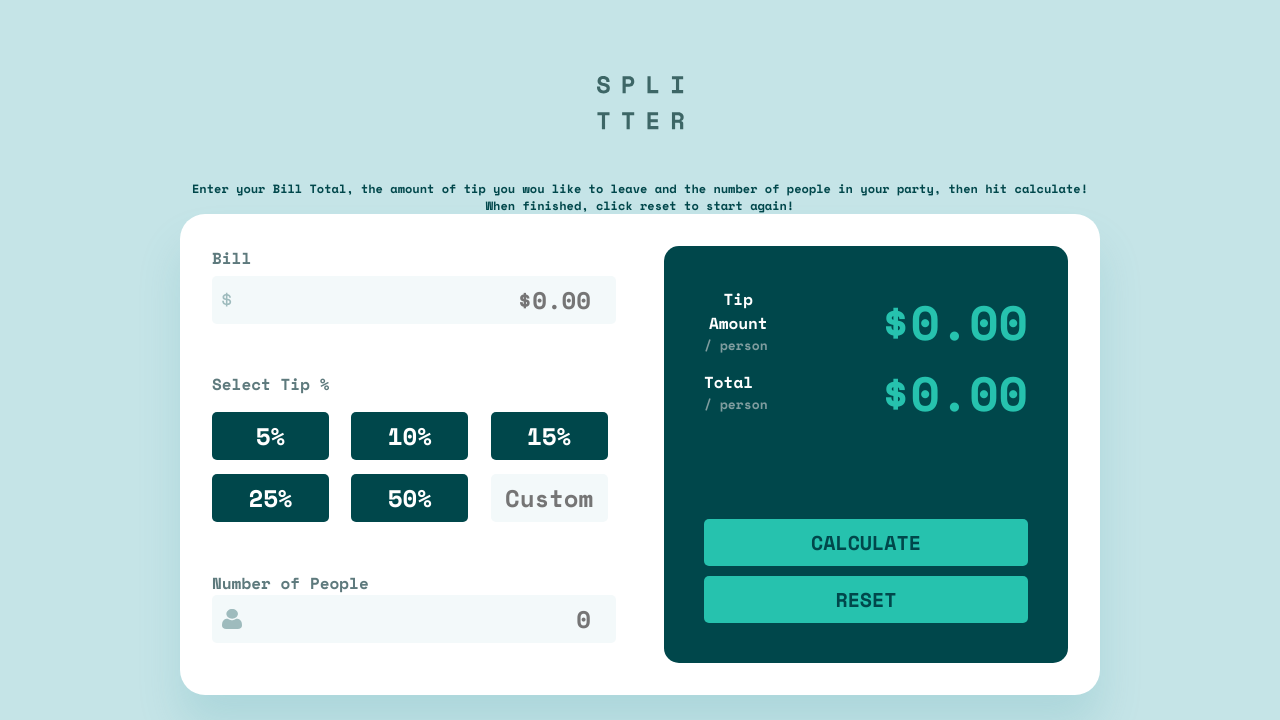
Repository: brandontaylor1/splitter
Page: index.html
An editor plug-in stored every save of this project. The page is shown before and after the next save, followed by the edit.
The browser window is 1280 px wide. The pictures show the whole page.

Above is the page before, as saved 2025-02-07 14:08:13.

### index.html
<!DOCTYPE html>
<html lang="en">
<head>
    <meta charset="UTF-8">
    <meta name="viewport" content="width=device-width, initial-scale=1.0">
    <link rel="preconnect" href="https://fonts.googleapis.com">
    <link rel="preconnect" href="https://fonts.gstatic.com" crossorigin>
    <link href="https://fonts.googleapis.com/css2?family=Space+Mono:ital,wght@0,400;0,700;1,400;1,700&display=swap" rel="stylesheet">
    <link rel="stylesheet" href="styles.css">
    <title>Splitter | Tip Calculator</title>
</head>
<body>
    <img src="./assets/images/logo.svg" id="logo-image" alt="logo image">
    <h1 class="error-message" id="form-error"></h1>
    <h3>Enter your Bill Total, the amount of tip you wou like to leave and the number of people in your party, then hit calculate! When finished, click reset to start again!</h3>
    <main class="container">
        <form>
            <div class="left-column">
                <div class="bill-input">
                    <div class="bill-titles">
                        <h2>Bill</h2>
                        <p class="error-message" id="bill-error"></p>
                    </div>
                    <div class="bill-input-with-icon">
                        <input type="number" min="0.00" max="10000.00" id="bill-input" placeholder="$0.00">
                    </div>
                </div>
                <div class="tip-input">
                    <div class="tip-titles">
                        <h2 id="select-tip-title">Select Tip %</h2>
                        <p class="error-message" id="tip-error"></p>
                    </div>
                    <div class="tip-buttons">
                        <button type="button" class="tip-button" value=".05">5%</button>
                        <button type="button" class="tip-button" value=".10">10%</button>
                        <button type="button" class="tip-button" value=".15">15%</button>
                        <button type="button" class="tip-button" value=".25">25%</button>
                        <button type="button" class="tip-button" value=".50">50%</button>
                        <input type="text" id="custom-tip" placeholder="Custom">
                    </div>
                </div>
                <div class="number-of-people-input">
                    <div class="people-titles">
                        <h2 id="number-of-people-title">Number of People</h2>
                        <p class="error-message" id="people-error"></p>
                    </div>
                    <div class="person-input-with-icon">
                        <input type="number" id="number-of-people-input" placeholder="0">
                    </div>
                </div>
            </div>
        </form>
        <div class="right-column">
                <div class="info-container">
                    <div class="tip-calculations">
                        <div class="tip-amount">
                            <div class="info">
                                <h3>Tip Amount</h3>
                                <p>/ person</p>
                            </div>
                            <div class="amount">
                                <h1 id="tip-amount">$0.00</h1>
                            </div>
                        </div>
                        <div class="total">
                            <div class="info">
                                <h3>Total</h3>
                                <p>/ person</p>
                            </div>
                            <div class="amount">
                                <h1 id="total-amount">$0.00</h1>
                            </div>
                        </div>
                    </div>
                    <div class="button-container">
                        <button type="button" id="calculate-button">
                            CALCULATE
                        </button>
                        <button type="button" id="reset-button">
                            RESET
                        </button>
                    </div>
        </div>
    </main>

    <script src="index.js"></script>
</body>
</html>

### styles.css
* {
    box-sizing: border-box;
    margin: 0;
    padding: 0;
}

:root {
    --background-color: #C5E4E7;
    --input-button-color: #00474B;
    --primary-white: #fff;
    --calculated-numbers-color: #26C2AE;
    --input-title-color: #5E7A7D;
    --input-background-color: #F3F9FA;
    --input-icon-color: #9EBBBD;
    --title-text-color: #3D6666;
    --custom-input-color: #547878;
}

/* UTILITY CLASSES */
.space-mono-regular {
    font-family: "Space Mono", serif;
    font-weight: 400;
    font-style: normal;
  }

  .space-mono-bold {
    font-family: "Space Mono", serif;
    font-weight: 700;
    font-style: normal;
  }

  .space-mono-regular-italic {
    font-family: "Space Mono", serif;
    font-weight: 400;
    font-style: italic;
  }

  .space-mono-bold-italic {
    font-family: "Space Mono", serif;
    font-weight: 700;
    font-style: italic;
  }


body {
    background-color: #C5E4E7;
    height: 100vh;
    width: 100%;
    display: flex;
    flex-direction: column;
    justify-content: center;
    align-items: center;
    font-family: "Space Mono", monospace;
}

#logo-image {
    margin: 50px 0;
}

h3 {
    width: 70%;
    text-align: center;
    color: #00474B;
    font-size: 12px;
    font-weight: 700;
    margin:
}

.container {
    background-color: var(--primary-white);
    width: 920px;
    height: 481px;
    border-radius: 25px;
    box-shadow: 0px 32px 43px 0px rgba(79, 166, 175, 0.20);
    display: grid;
    gap: 48px;
    grid-template-columns: 1fr 1fr;
    padding: 32px;
}

.left-column {
    display: flex;
    flex-direction: column;
    justify-content: space-between;
    width: 100%;
    height: 100%;
}

.right-column {
    grid-column: 2 / 3;
    width: 100%;
    height: 100%;
    border-radius: 15px;
    background-color: var(--input-text-color);
}

input {
    height: 48px;
    width: 100%;
    padding: 10px;
    display: flex;
    flex-direction: row;
    justify-content: space-between;
    background-color: var(--input-background-color);
    border: none;
    border-radius: 5px;
    margin-bottom: 20px;
}

.person-input-with-icon input{
    width: 100%;
    font-family: "Space Mono", monospace;
    font-size: 24px;
    color: #00474B;
    font-weight: 600;
    background-image: url("./assets/images/icon-person.svg");
    background-repeat: no-repeat;
    background-position: 10px center;
    background-size: 20px 20px;
    text-align: right;
}

#bill-input {
    width: 100%;
    font-family: "Space Mono", monospace;
    font-size: 24px;
    font-weight: 600;
}

#number-of-people-input {
    width: 100%;
    font-family: "Space Mono", monospace;
    font-size: 24px;
    color: #00474B;
    font-weight: 600;
}

.bill-input-with-icon input {
    width: 100%;
    font-family: "Space Mono", monospace;
    font-size: 24px;
    color: #00474B;
    font-weight: 600;
    background-image: url("./assets/images/icon-dollar.svg");
    background-repeat: no-repeat;
    background-position: 10px center;
    background-size: auto 15px;
    text-align: right;
}

.bill-input h2 {
    font-size: 16px;
    color: var(--input-title-color);
    margin-bottom: 6px;
}

.tip-buttons {
    display: grid;
    grid-template-columns: repeat(3, 1fr);
    gap: 14px;
}

#select-tip-title {
    color: #5E7A7D;
    font-size: 16px;
    margin-bottom: 16px;
}

.tip-button {
    width: 117px;
    height: 48px;
    flex-shrink: 0;
    border: none;
    border-radius: 5px;
    background-color: #00474B;
    color: var(--primary-white);
    font-family: "Space Mono", monospace;
    font-size: 24px;
    font-weight: 600;
}


.tip-button:hover {
    background-color: #26C2AE;
    color: #00474B;
}

.active {
    background-color: #26C2AE;
    color: #00474B;
}

.disabled {
    background-color: #00474B;
    color: #5E7A7D;
    opacity: .5;
}

#custom-tip {
    width: 117px;
    height: 48px;
    flex-shrink: 0;
    text-align: center;
    font-size: 24px;
    font-weight: 600;
    font-family: "Space Mono", monospace;
}

#number-of-people-title {
    color: #5E7A7D;
    font-size: 16px;
}


.right-column {
    background-color: #00474B;
    padding: 40px;
    display: flex;
    flex-direction: column;
    justify-content: space-between;
}

.info-container {
    display: flex;
    flex-direction: column;
    justify-content: space-between;
    height: 100%;

}

.tip-amount, .total {
    display: flex;
    flex-direction: row;
    justify-content: space-between;
    align-items: center;
    color: var(--primary-white);
}

.amount {
    color: #26C2AE;
    font-size: 24px;
    font-family: "Space Mono", monospace;
}

.info h3 {
    font-size: 16px;
    color: var(--primary-white);
}

.info p {
    font-size: 13px;
    color: #7F9D9F;
    font-family: "Space Mono", monospace;
    font-weight: 700;
}

.button-container {
    display: flex;
    flex-direction: column;


}

#calculate-button   {
    padding: 9px 40px;
    text-align: center;
    border: none;
    cursor: pointer;
    background-color: #26C2AE;
    color: #00474B;
    border-radius: 5px;
    font-size: 20px;
    font-weight: 600;
    font-family: "Space Mono", monospace;
    margin-bottom: 10px;
}

#reset-button {
    padding: 9px 40px;
    text-align: center;
    border: none;
    cursor: pointer;
    background-color: #26C2AE;
    color: #00474B;
    border-radius: 5px;
    font-size: 20px;
    font-weight: 600;
    font-family: "Space Mono", monospace;
}

.error-message {
    color: red;
    font-size: 10px;
}

.bill-titles, .people-titles, .tip-titles {
    display: flex;
    flex-direction: row;
    justify-content: space-between;
    align-items: center;
}

#form-error {
    font-size: 18px;
}

@media screen and (max-width: 852px) {
    .container {
        width: 90%;
        height: 100%;
        display: flex;
        flex-direction: column;
        justify-content: space-between;
        padding: 20px;
    }

    .right-column {
        grid-column: 1 / 2;
        width: 100%;
        height: 100%;
        border-radius: 15px;
        background-color: var(--input-text-color);
    }

    .left-column {
        display: flex;
        flex-direction: column;
        justify-content: space-between;
        width: 100%;
        height: 100%;
    }

    .right-column {
        background-color: #00474B;
        padding: 40px;
        display: flex;
        flex-direction: column;
        justify-content: space-between;
    }

    .info-container {
        display: flex;
        flex-direction: column;
        justify-content: space-between;
        height: 100%;
    }

    .tip-amount, .total {
        display: flex;
        flex-direction: row;
        justify-content: space-between;
        align-items: center;
        color: var(--primary-white);
    }

    .amount {
        color: #26C2AE;
        font-size: 24px;
        font-family: "Space Mono", monospace;
    }

    .info h3 {
        font-size: 16px;
        color: var(--primary-white);
    }

    .info p {
        font-size: 13px;
        color: #7F9D9F;
        font-family: "Space Mono", monospace;
        font-weight: 700;
    }

    .button-container {
        display: flex;
        flex-direction: column;
    }

    #calculate-button   {
        padding: 9px 40px;
        text-align: center;
        border: none;
        cursor: pointer;
        background-color: #26C2AE;
        color: #00474B;
        border-radius: 5px;
        font-size: 20px;
        font-weight: 600;
        font-family: "Space Mono", monospace;
        margin-bottom: 10px;
    }

    #reset-button {
        padding: 9px 40px;
        text-align: center;
        border: none;
        cursor: pointer;
        background-color: #26C2AE;
    }
}

### index.js
const billInput = document.querySelector("#bill-input");
const peopleInput = document.querySelector("#number-of-people-input");
const tipAmountElement = document.getElementById("tip-amount");
const totalAmountElement = document.getElementById("total-amount");
const tipButtons = document.querySelectorAll('.tip-button')

const calculateBtn = document.querySelector("#calculate-button");
const resetBtn = document.querySelector("#reset-button");
const formError = document.querySelector('#form-error')
const peopleError = document.querySelector("#people-error");
const billError = document.querySelector('#bill-error')
const tipError = document.querySelector('#tip-error')

let billAmount = 0
let tipPercentage = 0
let numberOfPeople = 0

tipButtons.forEach(button => {
    button.addEventListener('click', () => {
        if(button.classList.contains('active')) {
            button.classList.remove('active')
        } else {
            button.classList.add('active')
        }
        tipPercentage = button.value
        console.log(tipPercentage)
    })
})

function validateAmount(input) {
    if(!isNaN(input) && input !== "" && input > 0) {
        const dollarAmount = parseFloat(input);
        billAmount = dollarAmount;
    } else {
        console.log("Invalid input. Please enter a valid number");
        billError.textContent = "Please enter a valid number";
    }
}

function validatePeople(input) {
    if(!isNaN(input) && input !== "" && input > 0) {
        const people = parseFloat(input);
        numberOfPeople = people;
        console.log(numberOfPeople)
    } else {
        console.log("Invalid input. Please enter a valid number");
        peopleError.textContent = "Please enter a valid number";
    }
}

function calculateTipAmount(bill, tipCalculated, people) {
    return (bill * tipCalculated) / people
}

function calculateTotalAmount(bill, tipAmount, people) {
    return (bill + tipAmount) / people

}

calculateBtn.addEventListener("click", () => {
    let hasError = false;

    // if(billAmount === undefined || tipPercentage === undefined || numberOfPeople === undefined) {
    //     formError.innerText = "Please fill out all fields";
    //     hasError = true;
    // }

    if (billAmount === undefined || billAmount === "" || billAmount === 0) {
        billError.innerText = "Please enter a bill amount";
        hasError = true;
        tip.innerText = "$0.00";
        total.innerText = "$0.00";
    } else {
        billError.innerText = "";
    }

    if (tipPercentage === undefined || tipPercentage === "" || tipPercentage === 0) {
        tipError.innerText = "Please select a tip percentage";
        hasError = true;
        tip.innerText = "$0.00";
        total.innerText = "$0.00";
    } else {
        tipError.innerText = "";
    }

    if (numberOfPeople === undefined || numberOfPeople === "" || numberOfPeople === 0) {
        peopleError.innerText = "Please enter a valid number";
        hasError = true;
        tip.innerText = "$0.00";
        total.innerText = "$0.00";
    } else {
        peopleError.innerText = "";
    }


    const tipAmount = calculateTipAmount(billAmount, tipPercentage, numberOfPeople)
    const totalAmount = calculateTotalAmount(billAmount, tipAmount, numberOfPeople)

    tipAmountElement.innerText = `$${tipAmount.toFixed(2)}`;
    totalAmountElement.innerText = `$${totalAmount.toFixed(2)}`;

    calculateBtn.disabled = true;

})

resetBtn.addEventListener("click", () => {
    billInput.value = ""
    peopleInput.value = ""
    tipAmount = 0
    totalBill = 0
    tipAmountElement.innerText = "$0.00"
    totalAmountElement.innerText = "$0.00"
    tipButtons.forEach(button => {
        button.classList.remove('active')
    })
    tipPercentage = 0
    billAmount = 0
    numberOfPeople = 0
    formError.innerText = ""
    billError.innerText = ""
    tipError.innerText = ""
    peopleError.innerText = ""

    calculateBtn.disabled = false

})

billInput.addEventListener("input", () => {
    console.log(billInput.value);
    validateAmount(billInput.value);
})

peopleInput.addEventListener("input", () => {
    console.log(peopleInput.value);
    validatePeople(peopleInput.value);
})

After the next save:
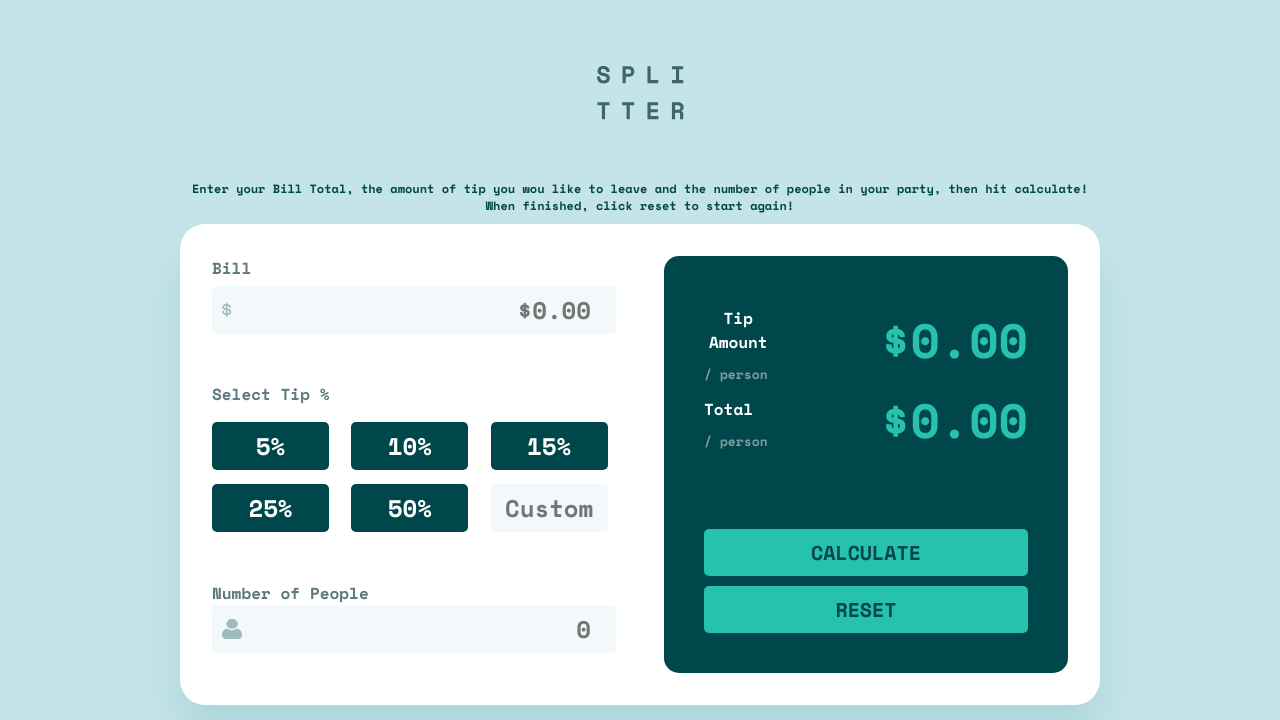
Saved 5 s later.
--- a/styles.css
+++ b/styles.css
@@ -63,7 +63,7 @@ h3 {
     color: #00474B;
     font-size: 12px;
     font-weight: 700;
-    margin:
+    margin: 10px 0;
 }
 
 .container {
